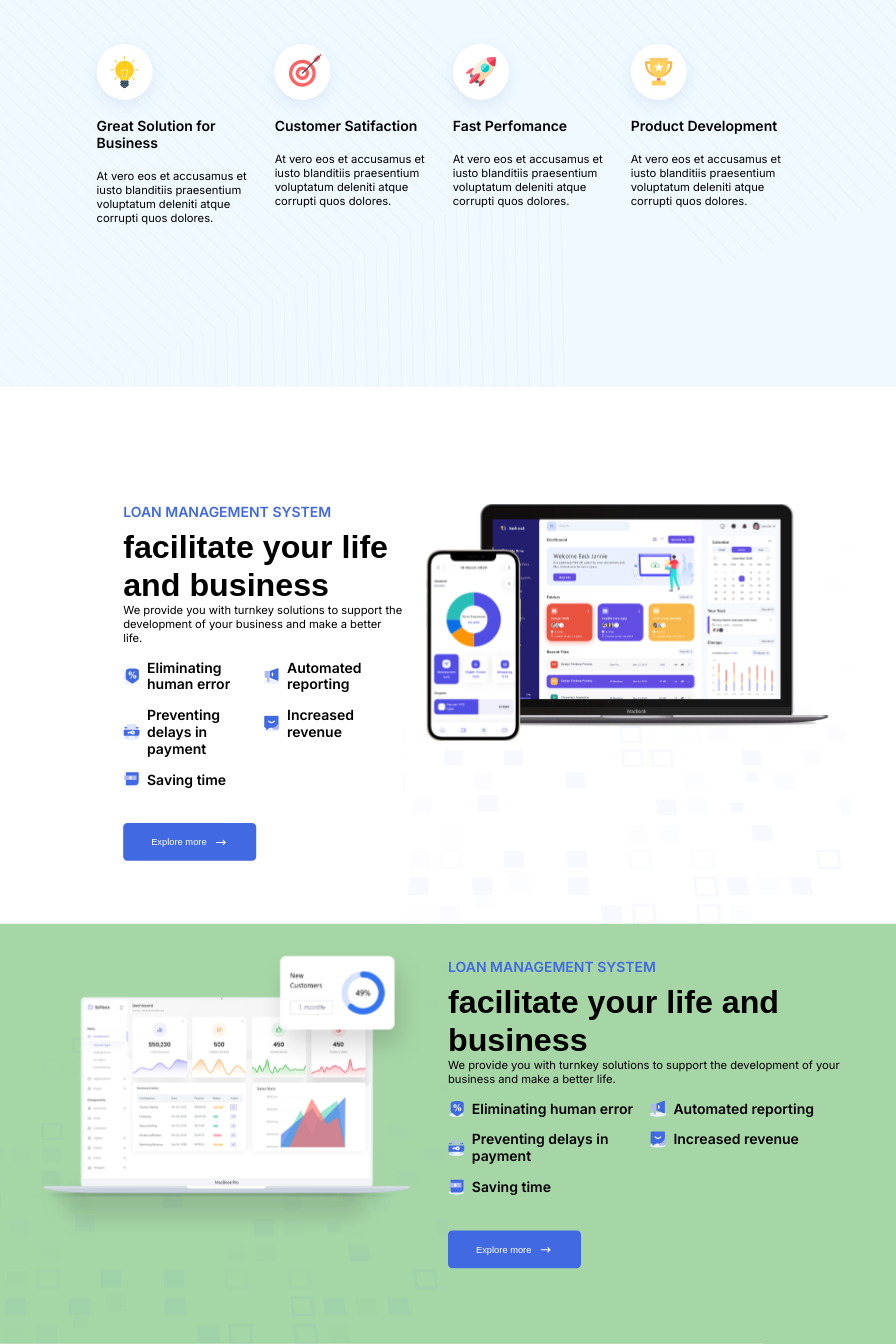
Repository: Chamsmey/static-html-css
Page: index.html
An editor plug-in stored every save of this project. The page is shown before and after the next save, followed by the edit.
The browser window is 1280 px wide. The pictures show the part of the page from y = 1114 to 3034 px (the page is 3034 px tall), at 70% of full size.
Some web fonts or font styles are not loaded; a fallback is used.

Above is the page before, as saved 2022-11-15 16:52:53.

After the next save:
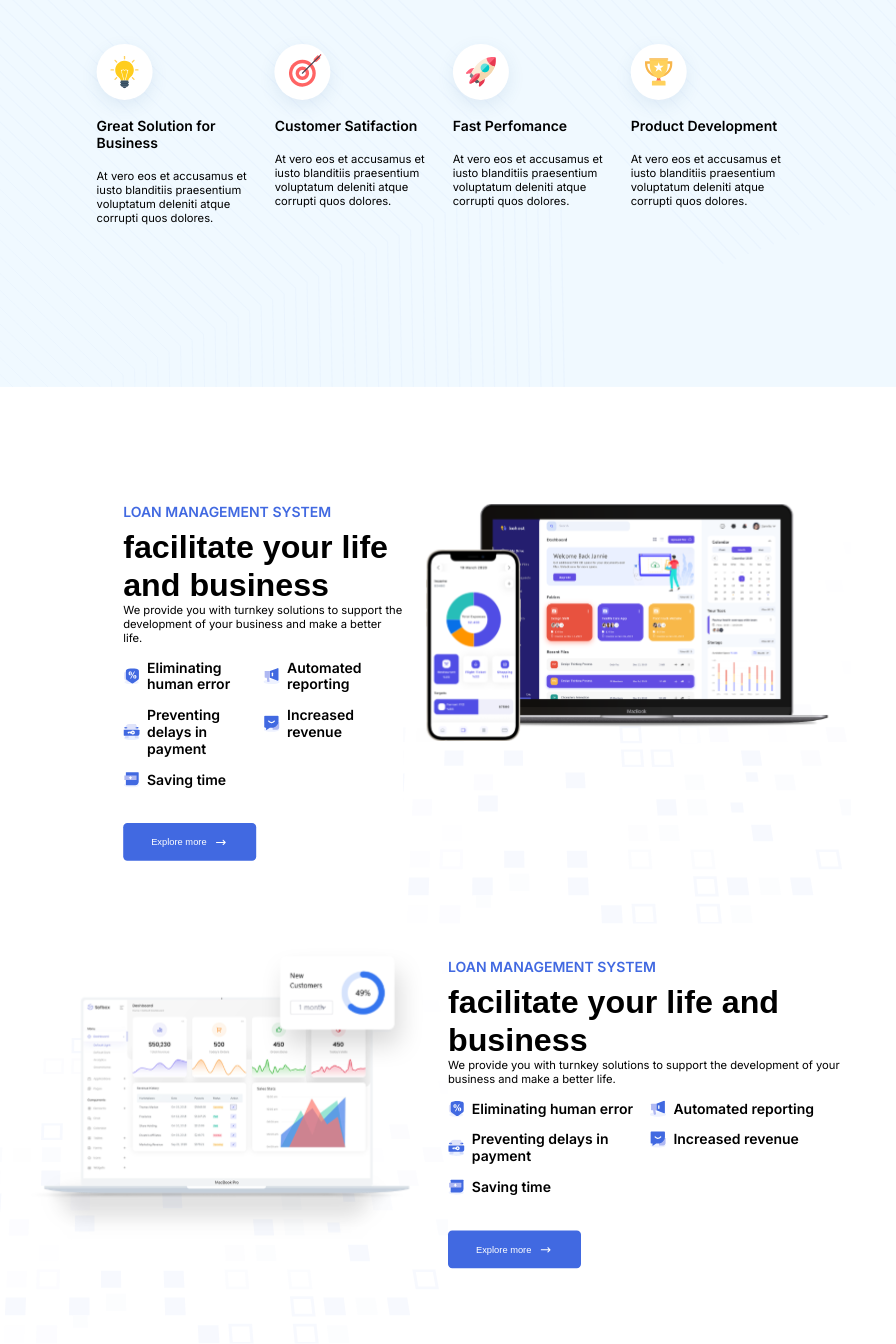
Saved 22 s later.
--- a/index.html
+++ b/index.html
@@ -210,7 +210,7 @@
             </div>
 
         </section>
-        <section id="products" class="products_section bg_green">
+        <section id="products" class="products_section">
             <div class="product_bg">
                 <img src="./images/products/products.svg" alt="">
             </div>
